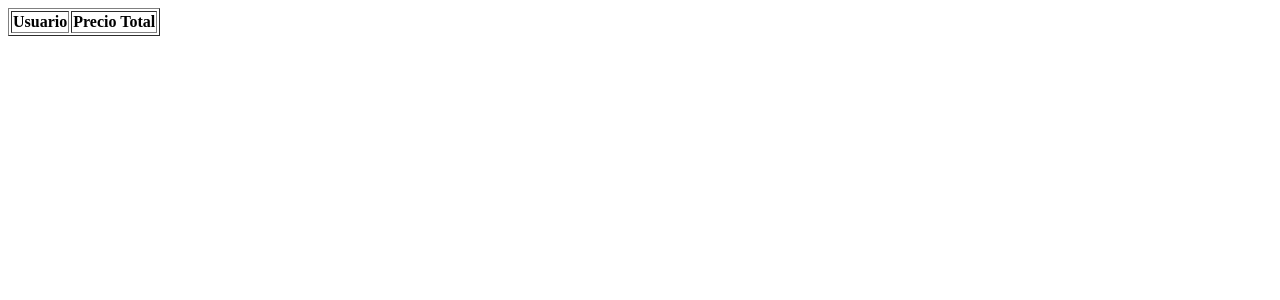
Repository: daniddm/TrabajaDawEcommerce
Page: http://localhost/Ecommerce_SanTierno/verVentas.jsp
The author's editor kept a copy of each file at every save. The page is drawn from the files as they stood at one save, then again after the next save.
The browser window is 1280 px wide. The pictures show the whole page.
The page is served by Tomcat 9.

Above is the page before, as saved 2021-12-08 13:28:52.

After the next save:
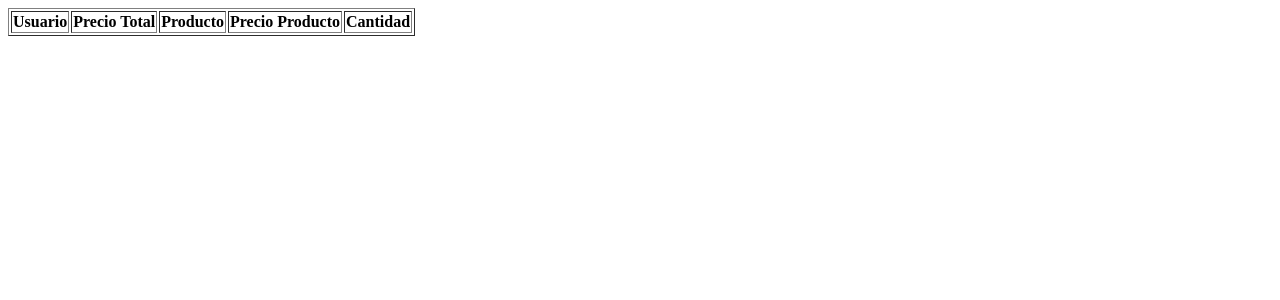
Saved 2 min 27 s later.
--- a/Ecommerce_SanTierno/WebContent/verVentas.jsp
+++ b/Ecommerce_SanTierno/WebContent/verVentas.jsp
@@ -11,18 +11,24 @@
 	<table border="1">
 		<tr>
 			<th>Usuario</th>
-
 			<th>Precio Total</th>
-
+			<th>Producto</th>
+			<th>Precio Producto</th>
+			<th>Cantidad</th>
 		</tr>
 
 		<c:forEach var="ven" items="${sessionScope.listaVentas}">
 		<tr>
 		  	<td>${ven.usuario.username}</td>
-
 			<td>${ven.precioTotal}</td>
-
-	 	</tr>
+			</tr>
+		</c:forEach>
+		<c:forEach var="pven" items="${sessionScope.listaVentaProducto}">
+		<tr>
+		  	<td>${pven.producto.nombre}</td>
+			<td>${pven.precio}</td>
+			<td>${pven.cantidad}</td>
+			</tr>
 		</c:forEach>
 	</table>
 </body>
